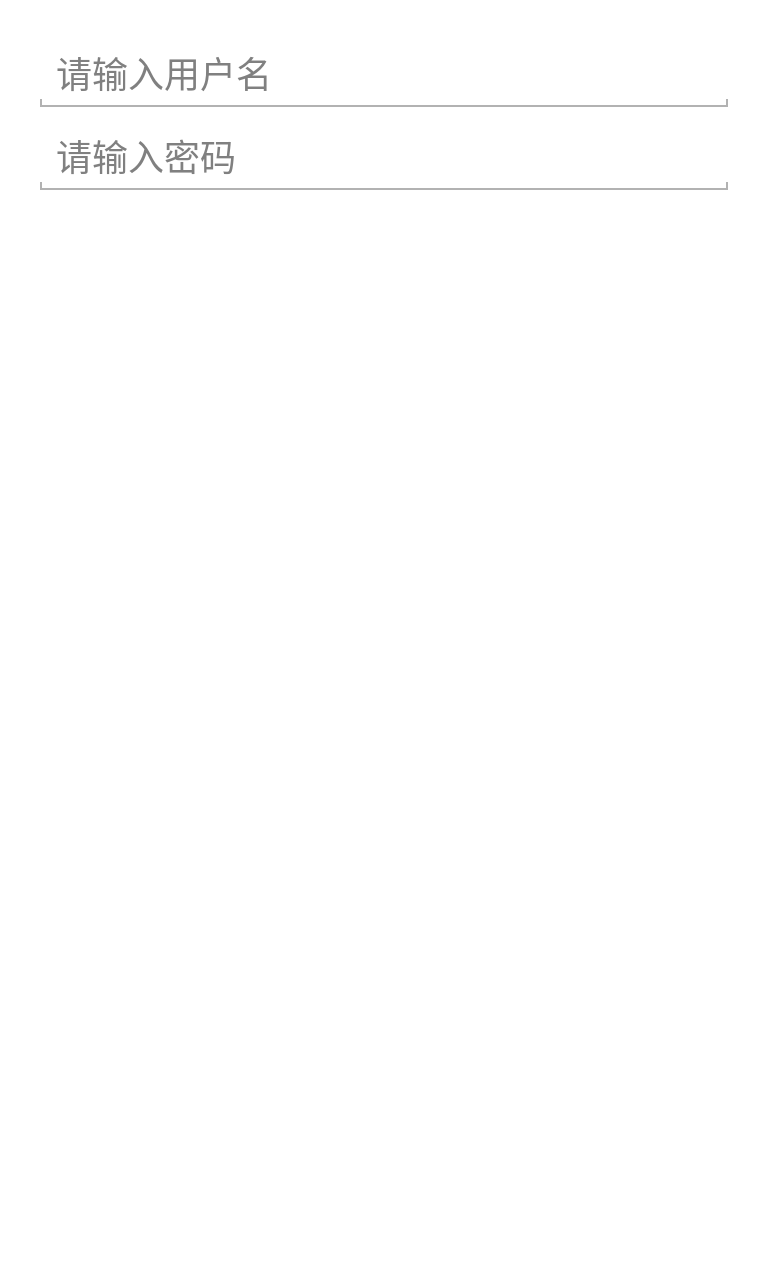
Repository: howu911/AndroidPracticeCode
Layout: day_03/code/day03_03_loadCase/res/layout/activity_main.xml
These files come from the project's save history. The layout is drawn as it stood at one moment and after the next save; the edit follows.
It is drawn on a 768 x 1280 px phone screen (xhdpi) without system bars, with theme AppTheme; the app's code is not run.

Above is the layout before, as saved 2020-04-08 08:34:15.

### day_03/code/day03_03_loadCase/res/layout/activity_main.xml
<RelativeLayout xmlns:android="http://schemas.android.com/apk/res/android"
    xmlns:tools="http://schemas.android.com/tools"
    android:layout_width="match_parent"
    android:layout_height="match_parent"
    android:paddingBottom="@dimen/activity_vertical_margin"
    android:paddingLeft="@dimen/activity_horizontal_margin"
    android:paddingRight="@dimen/activity_horizontal_margin"
    android:paddingTop="@dimen/activity_vertical_margin"
    tools:context="com.example.day03_03_loadcase.MainActivity" >

    <EditText
        android:id="@+id/et_username"
        android:layout_width="match_parent"
        android:layout_height="wrap_content"
        android:hint="请输入用户名"/>
    <EditText
        android:id="@+id/et_password"
        android:layout_below="@id/et_username"
        android:layout_width="match_parent"
        android:layout_height="wrap_content"
        android:hint="请输入密码"/>

</RelativeLayout>

Loaded but not shown: day_03/code/day03_03_loadCase/res/values/styles.xml (common file); day_03/code/day03_03_loadCase/res/values-v11/styles.xml (common file); day_03/code/day03_03_loadCase/res/values-v14/styles.xml (common file); day_03/code/day03_03_loadCase/res/values/dimens.xml (common file); day_03/code/day03_03_loadCase/res/values-w820dp/dimens.xml (common file)

After the next save:
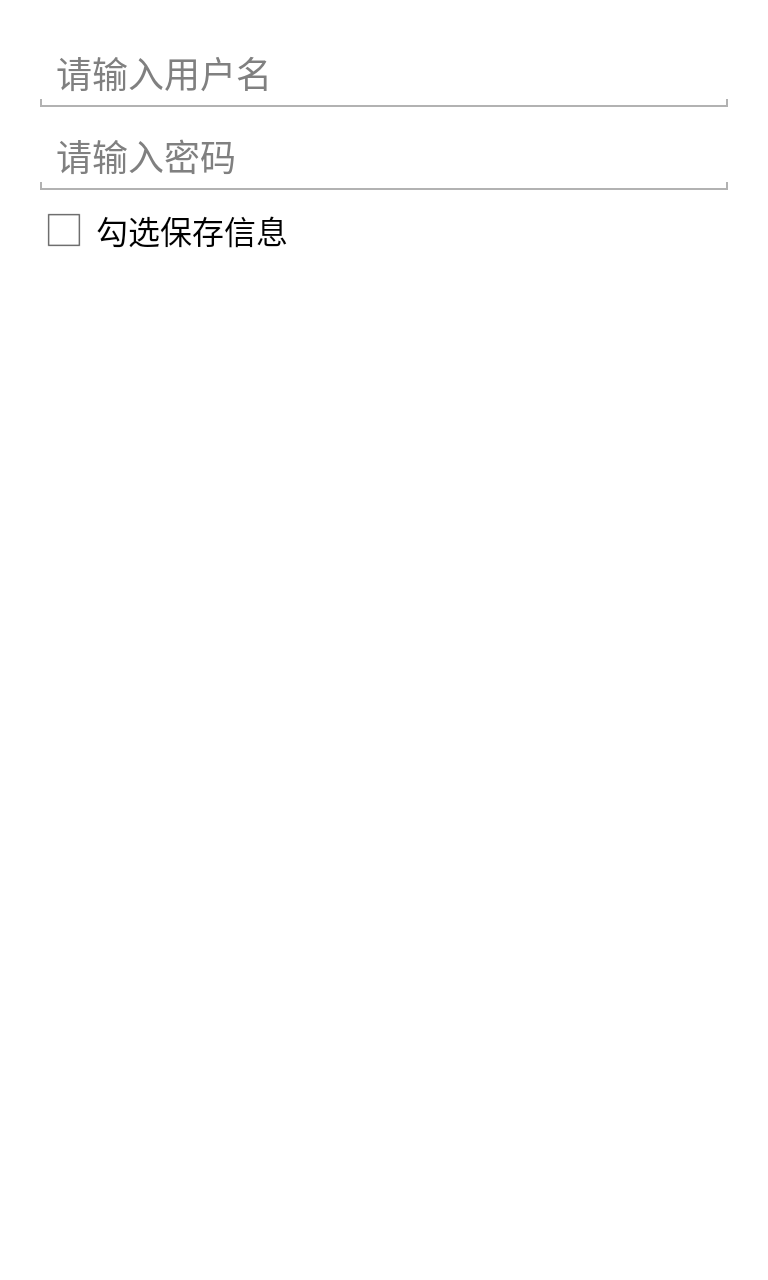
Saved 2 min 3 s later.
--- a/day_03/code/day03_03_loadCase/res/layout/activity_main.xml
+++ b/day_03/code/day03_03_loadCase/res/layout/activity_main.xml
@@ -18,6 +18,13 @@
         android:layout_below="@id/et_username"
         android:layout_width="match_parent"
         android:layout_height="wrap_content"
+        android:inputType="textPassword"
         android:hint="请输入密码"/>
+    <CheckBox
+        android:id="@+id/cb_isSave"
+        android:layout_width="wrap_content"
+        android:layout_height="wrap_content"
+        android:layout_below="@id/et_password"
+        android:text="勾选保存信息"/>
 
 </RelativeLayout>
